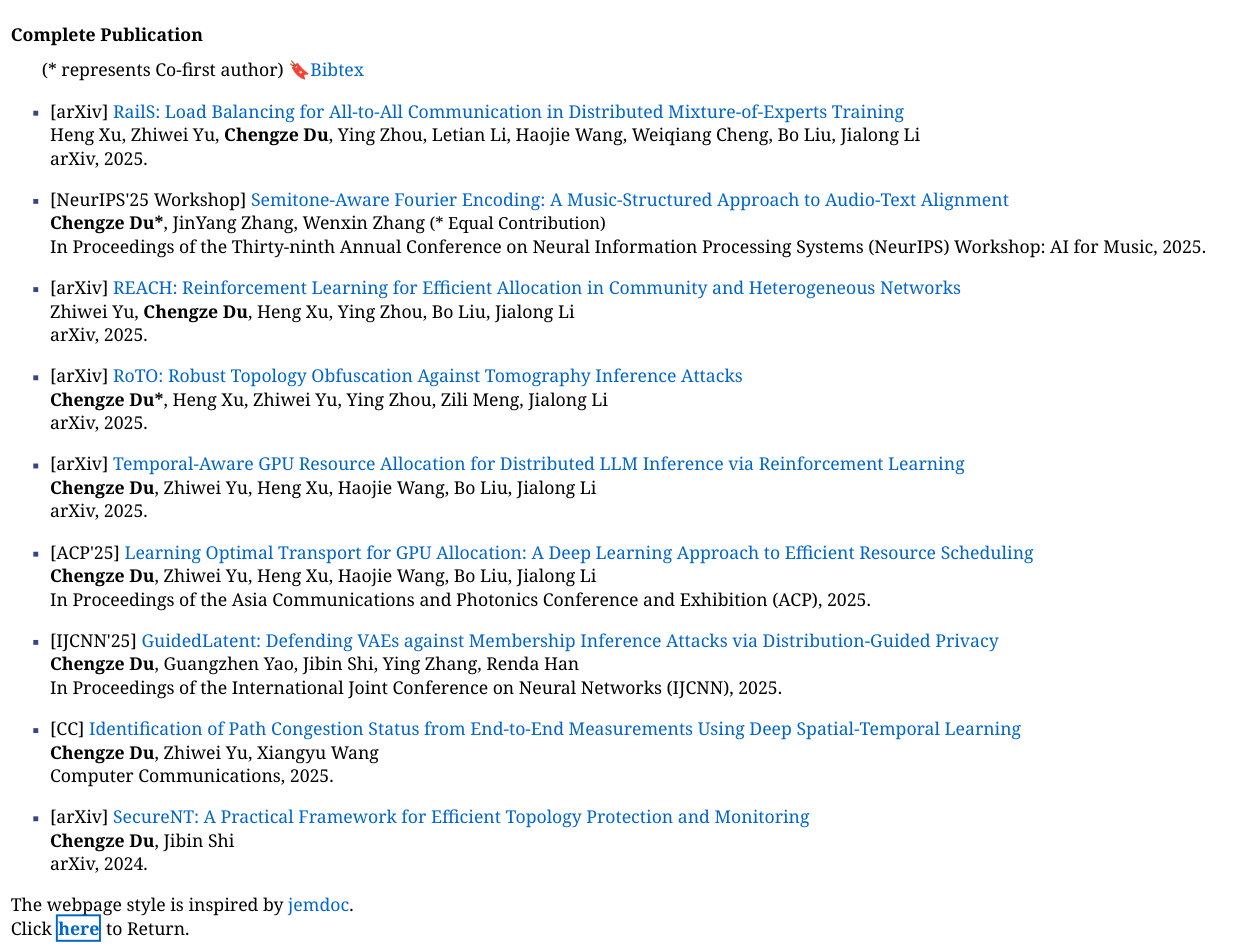
Repository: Monickar/Monickar.github.io
Page: FullPaperList.html
These files come from the project's save history. The page is drawn as it stood at one moment and after the next save; the edit follows.
The browser window is 1280 px wide. The pictures show the whole page, at 98% of full size.

Above is the page before, as saved 2025-10-26 17:46:53.

After the next save:
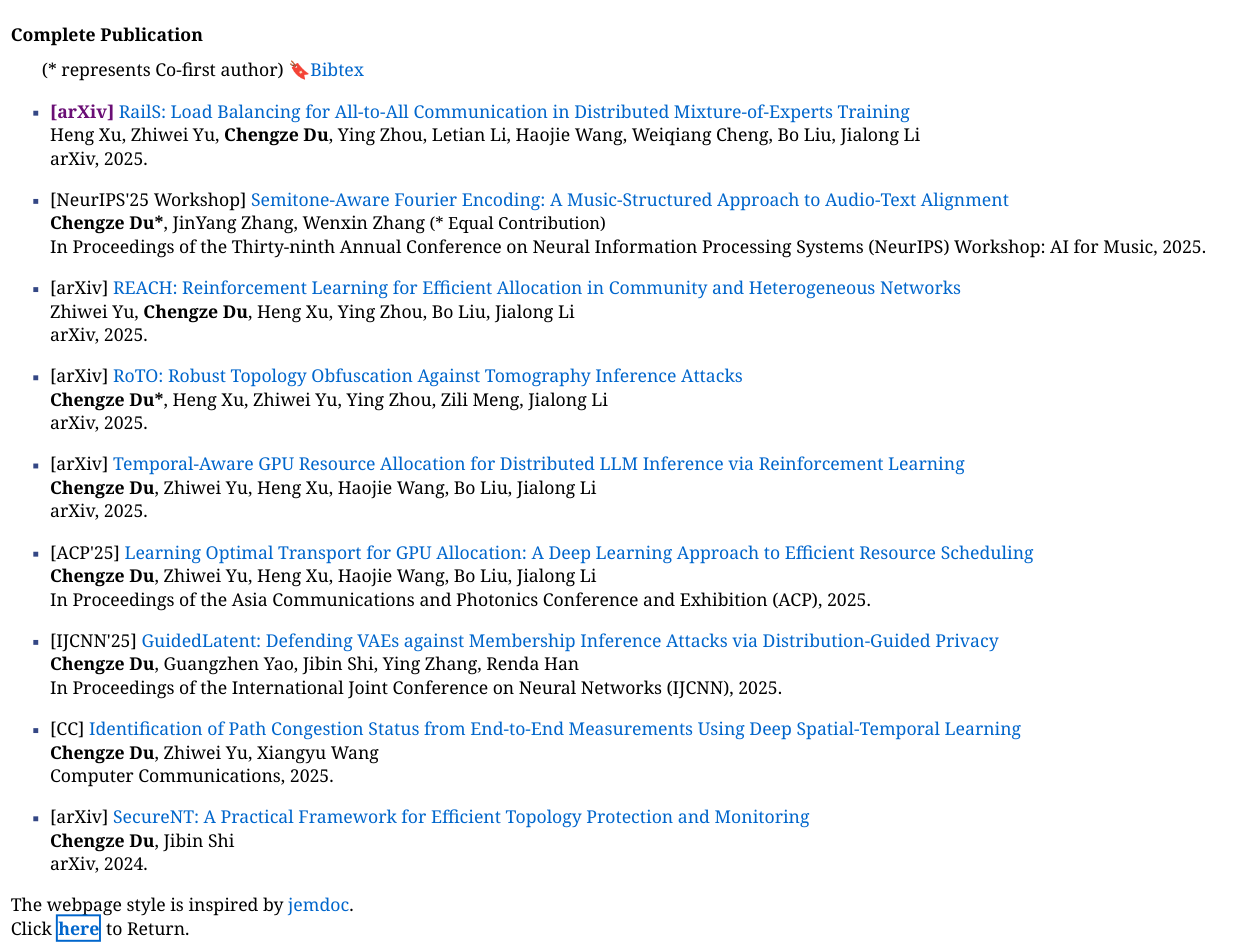
Saved 6 s later.
--- a/FullPaperList.html
+++ b/FullPaperList.html
@@ -72,7 +72,7 @@
 &ensp;&ensp;&ensp; (* represents Co-first author) <a href="./Bibtex/List.txt" style="font-size: 1.em;">🔖Bibtex</a>
 <ul>
 
-<li><p><span>[arXiv] </span><a href="https://arxiv.org/abs/2510.19262">RailS: Load Balancing for All-to-All Communication in Distributed Mixture-of-Experts Training</a><br>
+<li><p><span class="pulisher">[arXiv] </span><a href="https://arxiv.org/abs/2510.19262">RailS: Load Balancing for All-to-All Communication in Distributed Mixture-of-Experts Training</a><br>
 Heng Xu, Zhiwei Yu, <strong>Chengze Du</strong>, Ying Zhou, Letian Li, Haojie Wang, Weiqiang Cheng, Bo Liu, Jialong Li<br>
 arXiv, 2025.</p></li>
 
